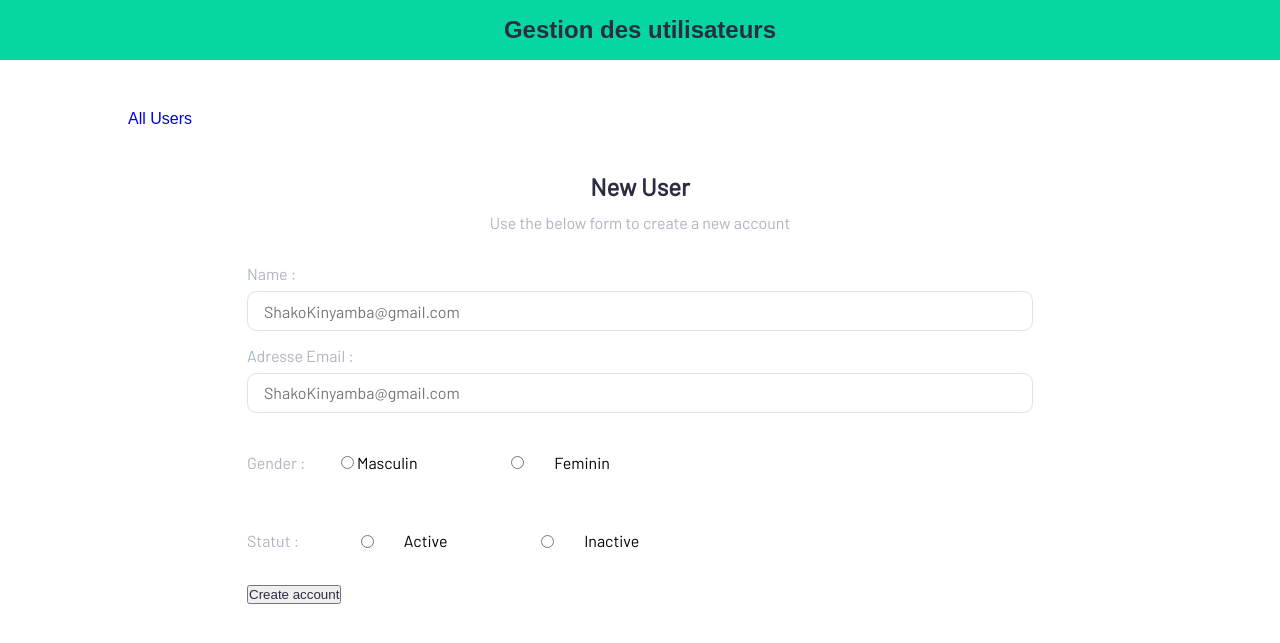
Repository: SKB-TECH/CrudMren
Page: add-user.html
The author's editor kept a copy of each file at every save. The page is drawn from the files as they stood at one save, then again after the next save.
The browser window is 1280 px wide. The pictures show the whole page.
Some web fonts or font styles are not loaded; a fallback is used.

Above is the page before, as saved 2022-10-11 12:57:36.

### add-user.html
<!DOCTYPE html>
<html lang="en">

<head>
    <meta charset="UTF-8">
    <meta http-equiv="X-UA-Compatible" content="IE=edge">
    <meta name="viewport" content="width=device-width, initial-scale=1.0">
    <link rel="stylesheet" href="https://cdnjs.cloudflare.com/ajax/libs/font-awesome/6.2.0/css/all.min.css"
        integrity="sha512-xh6O/CkQoPOWDdYTDqeRdPCVd1SpvCA9XXcUnZS2FmJNp1coAFzvtCN9BmamE+4aHK8yyUHUSCcJHgXloTyT2A=="
        crossorigin="anonymous" referrerpolicy="no-referrer" />
    <link rel="stylesheet" href="./assets/css/style.css">
    <title>CRUD APPLICATION</title>
</head>

<body>
    <!-- Header -->
    <header id="header">
        <nav>
            <div class="container">
                <div class="text-center">
                    <a href="/" class="nav-brand text-dark">Gestion des utilisateurs</a>
                </div>
            </div>
        </nav>
    </header>
    <!-- /Header -->
    <!-- Main  -->
    <main id="site-main">
        <div class="container">
            <div class="box-nav d-flex-justify=between ">
                <div class="filteer">
                    <a href="/">All Users</a>
                </div>
            </div>

            <div class="form-title text-center">
                <h2 class="text-dark">New User</h2>
                <span class="text-light">Use the below form to create a new account</span>
            </div>

            <!-- Form handling -->
             <form action="" method="POST" id="update_user">
                <div class="new_user">
                    <!-- nom de l'utilisateur -->
                    <div class="form-group">
                        <label for="name" class="text-light">Name : </label>
                        <input type="hidden" name="id" value="">
                        <input type="text" name="name" placeholder="ShakoKinyamba@gmail.com">
                    </div>
                    <!-- adresse mail -->
                    <div class="form-group">
                        <label for="name" class="text-light">Adresse Email : </label>
                        <input type="text" name="email" placeholder="ShakoKinyamba@gmail.com">
                    </div>
                    <!-- Sexe de l'agent -->
                    <div class="form-group">
                        <label for="name" class="text-light">Gender : </label>
                        <div class="radio inline">
                            <input type="radio" name="gender" value="Masculin">
                            <label for="gender" class="radio-label">Masculin</label>
                        </div>

                        <div class="radio inline">
                            <input type="radio" name="gender" value="Feminin" class="radio">
                            <label for="gender" class="radio-label">Feminin</label>
                        </div>
                    </div>

                    <!-- le statut -->
                    <div class="form-group">
                        <label for="name" class="text-light">Statut : </label>
                        <div class="radio inline">
                            <input type="radio" name="statut" value="Active" class="radio">
                            <label for="statut" class="radio-label">Active</label>
                        </div>

                        <div class="radio inline">
                            <input type="radio" name="statut" value="Inactive" class="radio">
                            <label for="statut" class="radio-label">Inactive</label>
                        </div>
                    </div>
                    <!-- fin Statut -->

                    <!-- Submit -->
                    <div class="form-group">
                        <button type="submit" class="btn text-dark update">Create account</button>
                    </div>
                </div>
             </form>
            <!-- /Form handling -->
        </div>
    </main>
    <!-- /Main -->
</body>

</html>

### assets/css/style.css
@import url('https://fonts.googleapis.com/css2?family=Barlow&family=PT+Sans&display=swap');

/* font-family: 'Barlow', sans-serif;
font-family: 'PT Sans', sans-serif; */

:root {
    --dark: #2b2d42;
    --light: #adb5bd;
    --border: #dee2e6;
    --border-btn: #edf2f4
}

* {
    padding: 0;
    margin: 0;
    box-sizing: border-box;
}

a {
    text-decoration: none;
    font-family: 'PT Sans', sans-serif;
}

.container {
    max-width: 1024px;
    margin: auto;
}

.nav-brand {
    font-size: 1.5em;
    font-weight: bold;
}

.d-flex {
    display: flex;
    flex-wrap: wrap;
}

.justify-between {
    justify-content: space-between;
}

.text-center {
    text-align: center;
}

.border-btn {
    border: 1px solid var(--border-btn);
    box-shadow: 1px 3px 10px #e9ecef;
}

.text-dark {
    color: var(--dark);
}

.inline {
    display: inline-block;
}

.text-light {
    color: var(--light)
}

#header nav {
    background-color: #06d6a0;
    padding: 1em 0;
    width: 100%;
}

#site-main {
    margin-top: 3em;
    font-family: 'Barlow', 'Sans-serif';
}

#site-main .container .box-nav>a {
    font-size: 1em;
    padding: 5em 1em;
}

#site-main .container form {
    margin: 2em 0;
}

table {
    border-spacing: 0px;
    width: 100%;
}

.table td,
.table th {
    padding: .75em;
    vertical-align: top;
    text-align: center;
    border-top: 1px solid var(--border);
}

.table td>a.btn {
    padding: 3em 1em;
    font-size: 1.1em;
    margin: 0.2em;
}

.table tr:hover {
    background-color: var(--border);
}

.table td:hover td>a {
    box-shadow: none;
}

.table .thead-dark th {
    color: #fff;
    background-color: var(--dark);
    border-color: #32383e;
}

.form-title {
    margin-top: 2em;
}

.form-title>h2 {
    padding: .5em 0;
}

.new_user {
    max-width: 786px;
    margin: auto;
}

#update_user .form-group,
#add_user .form-group {
    margin: .4em 0;
}

#update_user .form-group input[type="text"],
#add_user .form-group input[type="text"] {
    width: 100%;
    padding: .6em 1em;
    margin: .5em 0;
    border: 1px solid var(--border);
    font-size: 1em;
    font-family: 'Barlow', sans-serif;
    border-radius: .6em;
}

#update_user .form-group .radio,
#add_user .form-group .radio {
    margin: 1em 2em;
}

.radio input[text='radio']+.radio-label:before {
    content: "";
    background: var(--border-btn);
    border-radius: 100%;
    border: 1px solid var(--border);
    display: inline-block;
    width: 1em;
    height: 1em;
    position: relative;
    top: -0em;
    margin-right: .5em;
    vertical-align: top;
    cursor: pointer;
    text-align: center;
    -webkit-transform: all 250ms ease;
    transition: all 250ms ease;
}

.radio input[text='radio']+.radio-label:before {

After the next save:
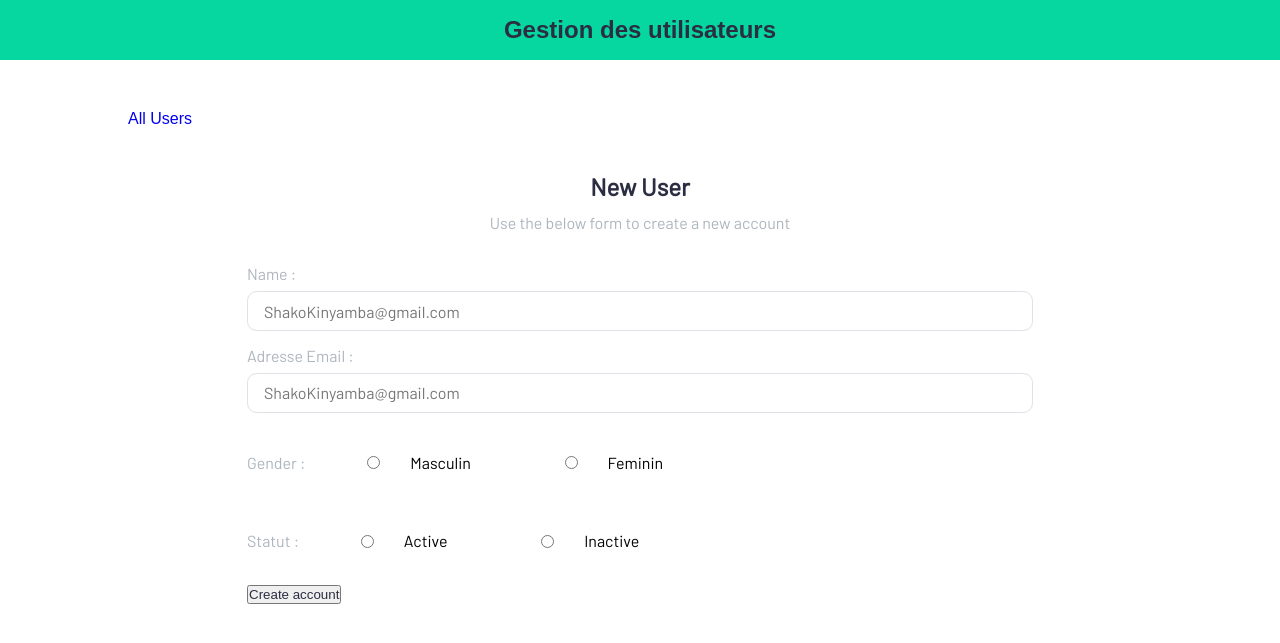
Saved 6 s later.
--- a/add-user.html
+++ b/add-user.html
@@ -56,7 +56,7 @@
                     <div class="form-group">
                         <label for="name" class="text-light">Gender : </label>
                         <div class="radio inline">
-                            <input type="radio" name="gender" value="Masculin">
+                            <input type="radio" name="gender" value="Masculin" class="radio">
                             <label for="gender" class="radio-label">Masculin</label>
                         </div>
 
